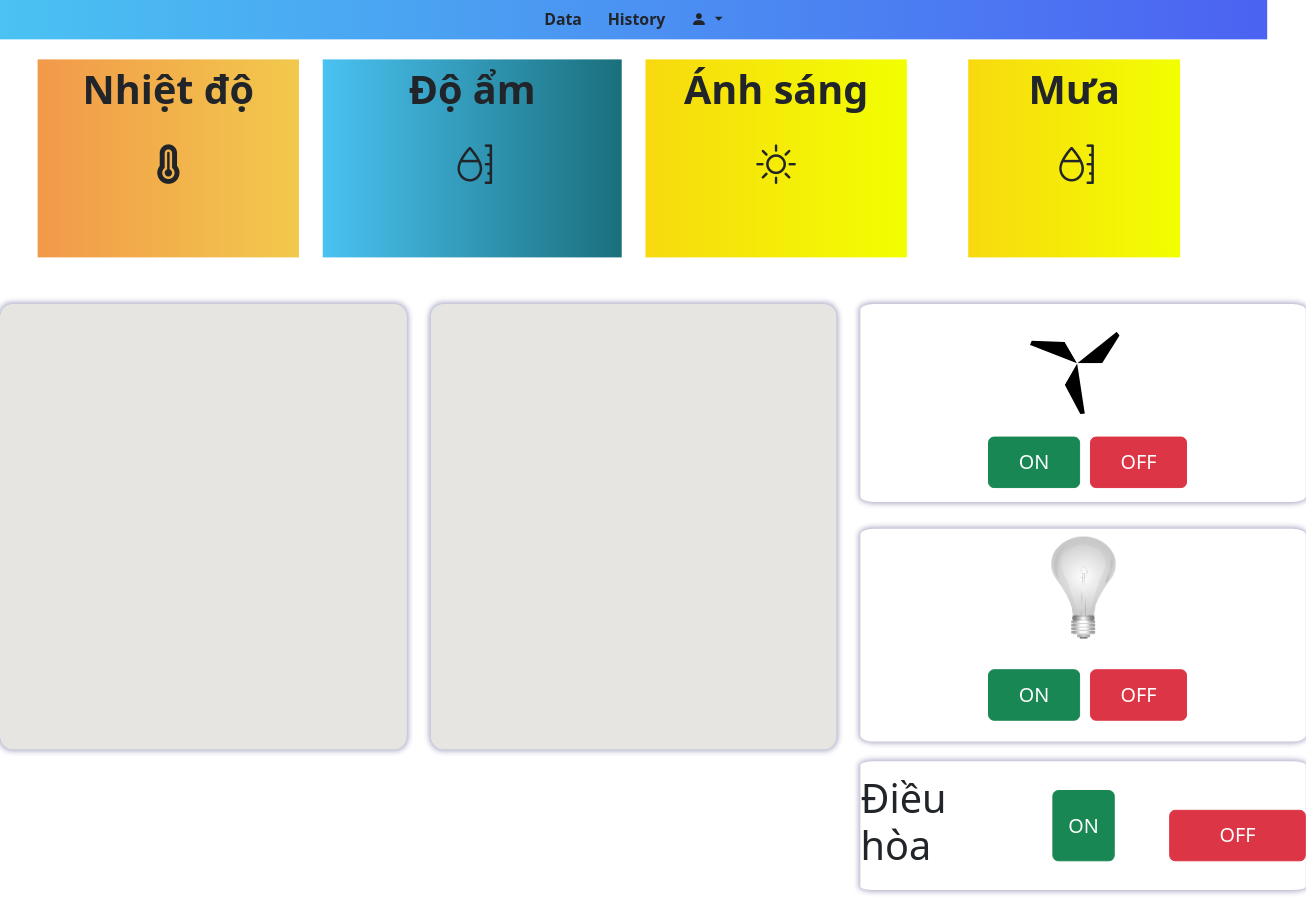
Repository: ndmq03102002/BTL_IOT
Page: Fontend_IOT/iot/index.html
These files come from the project's save history. The page is drawn as it stood at one moment and after the next save; the edit follows.
The browser window is 1280 px wide. The page is 1319 px wide, so the pictures cover 1319 px, including what lies to the right of the window. The pictures show the whole page, at 99% of full size.
The page's requests for data from a server got no answer. Some web libraries are served in a nearby version.

Above is the page before, as saved 2023-09-25 00:30:19.

After the next save:
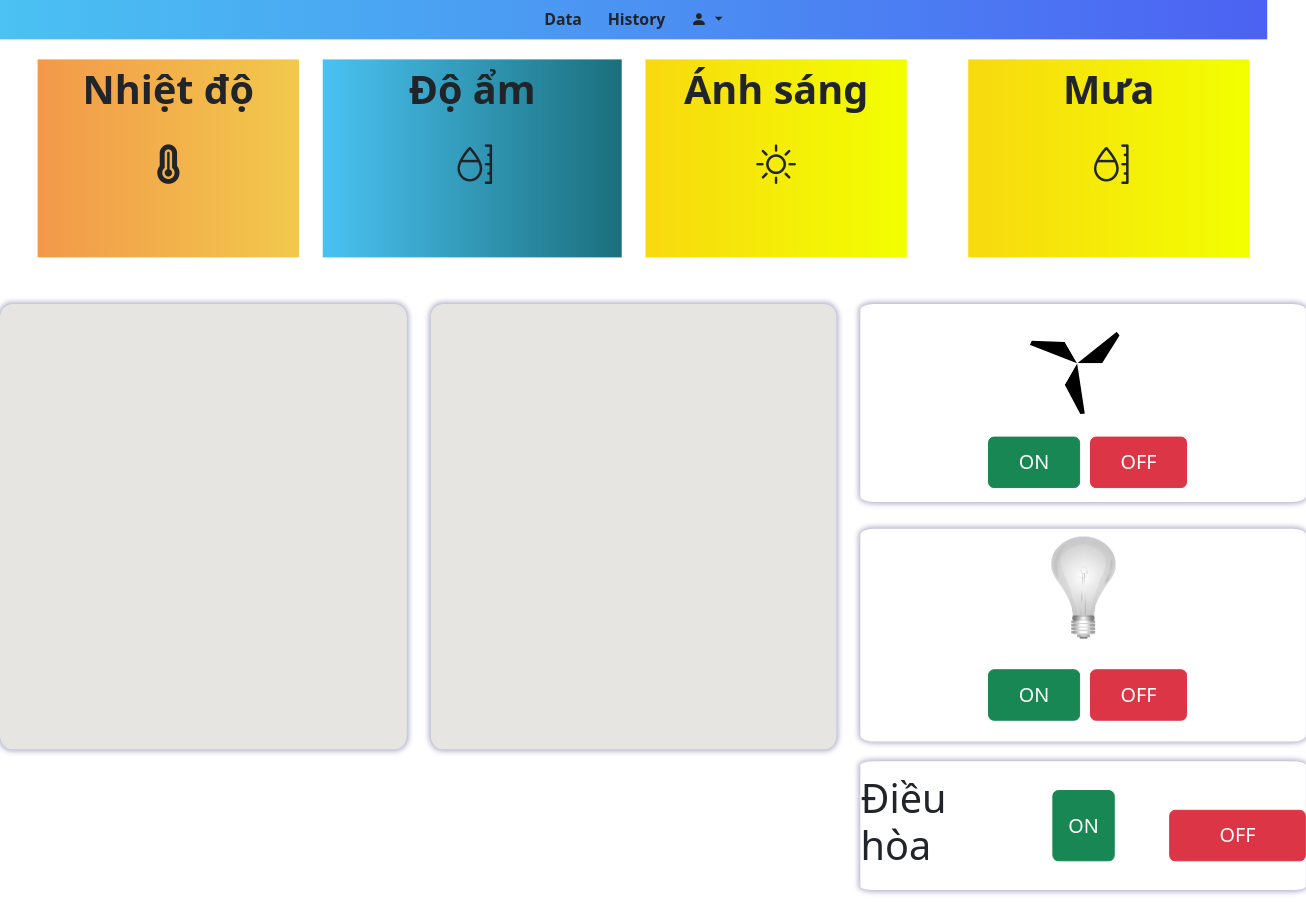
Saved 13 s later.
--- a/Fontend_IOT/iot/index.html
+++ b/Fontend_IOT/iot/index.html
@@ -51,7 +51,7 @@
                     <span> <i class="bi bi-brightness-high"></i></span>
                 </div>
             </div>
-            <div class="col-sm-3 col-pd" style="padding-right: 100px;">
+            <div class="col-sm-3 col-pd" style="padding-right: 30px;">
                 <div class="block4 block-size">
                     <p>Mưa</p>
                     <p style="display: inline;" class="count4"></p>
